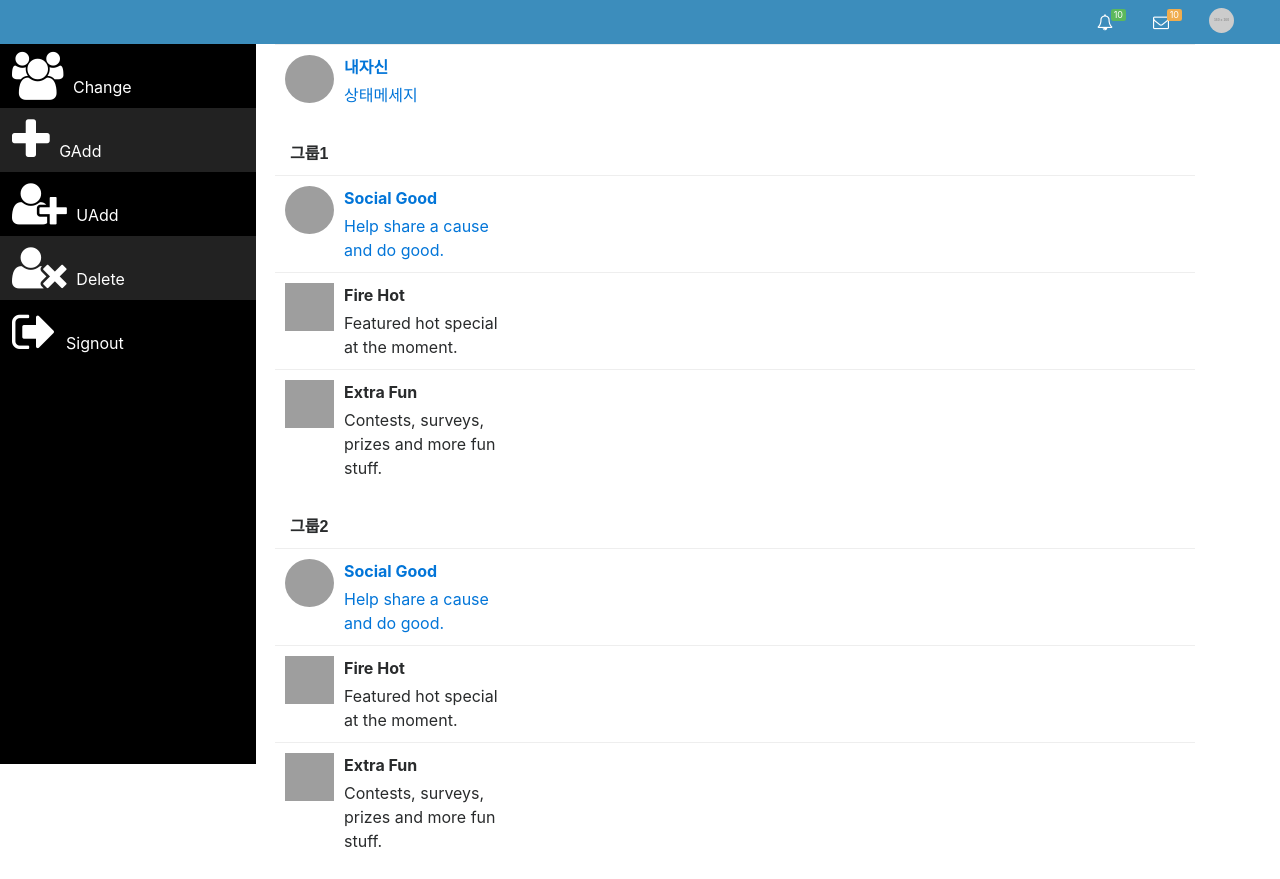
Repository: lukawitch/graduatedchat
Page: http://localhost/Graduated/WEB-INF/views/personal.jsp
An editor plug-in stored every save of this project. The page is shown before and after the next save, followed by the edit.
The browser window is 1280 px wide. The pictures show the whole page.
Pictures or frames that could not be fetched are drawn as grey boxes. The page is served by Tomcat 9. Nobody is signed in. The template is opened directly, without the code that normally fills it, so the values that code supplies are empty.

Above is the page before, as saved 2019-05-23 03:50:01.

After the next save:
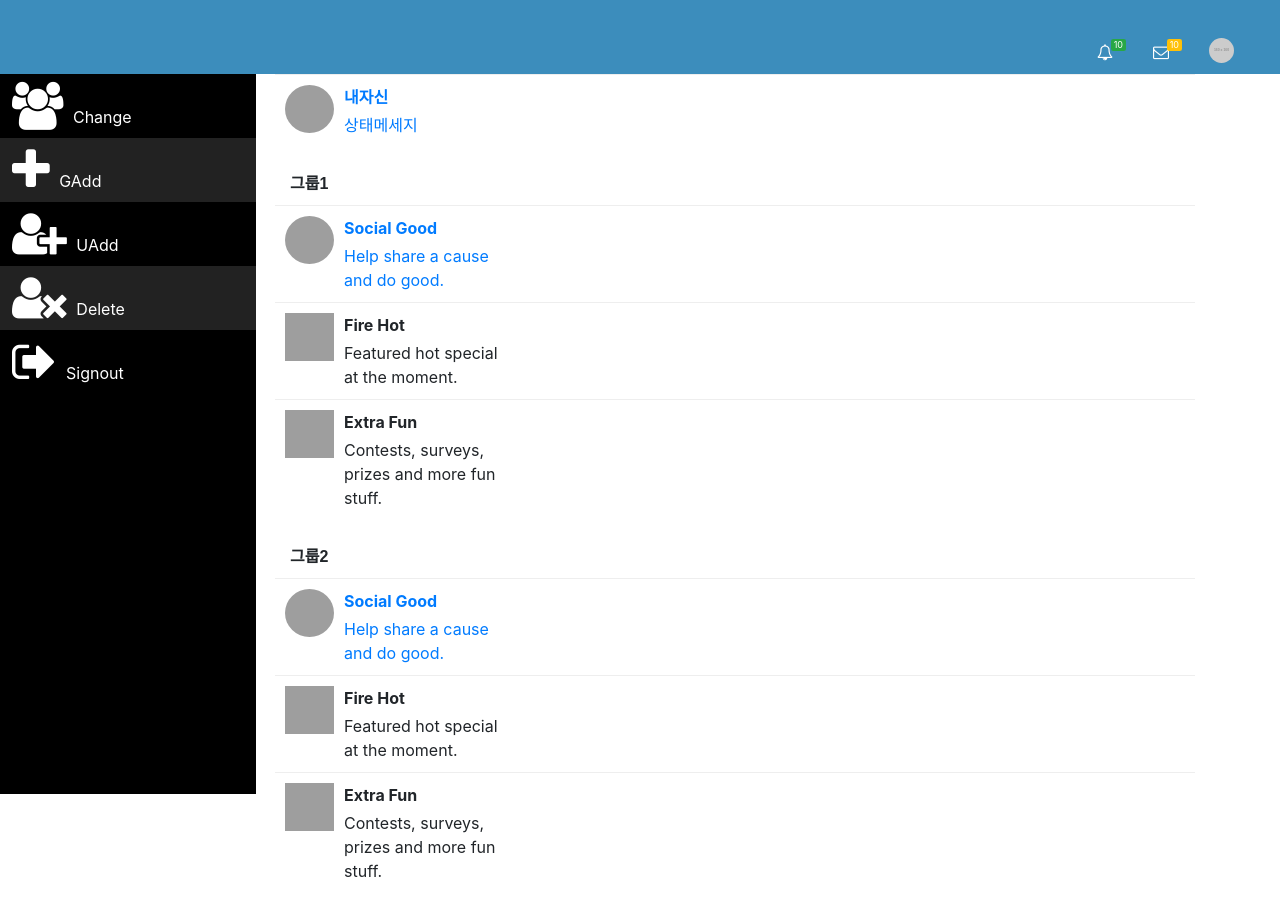
Saved 45 s later.
--- a/Graduated/src/main/webapp/WEB-INF/views/sidebar.jsp
+++ b/Graduated/src/main/webapp/WEB-INF/views/sidebar.jsp
@@ -2,6 +2,11 @@
     pageEncoding="UTF-8"%>
 <!DOCTYPE html>
 <link rel="stylesheet" href="/resources/sidebar.css">
+ <meta name="viewport" content="width=device-width, initial-scale=1, shrink-to-fit=no">
+
+    <!-- Bootstrap CSS -->
+    <link rel="stylesheet" href="https://stackpath.bootstrapcdn.com/bootstrap/4.3.1/css/bootstrap.min.css" integrity="sha384-ggOyR0iXCbMQv3Xipma34MD+dH/1fQ784/j6cY/iJTQUOhcWr7x9JvoRxT2MZw1T" crossorigin="anonymous">
+
   <header class="header">
           <nav class="navbar navbar-toggleable-md navbar-light pt-0 pb-0 ">
             <button class="navbar-toggler navbar-toggler-right" type="button" data-toggle="collapse" data-target="#navbarNavDropdown" aria-controls="navbarNavDropdown" aria-expanded="false" aria-label="Toggle navigation">
